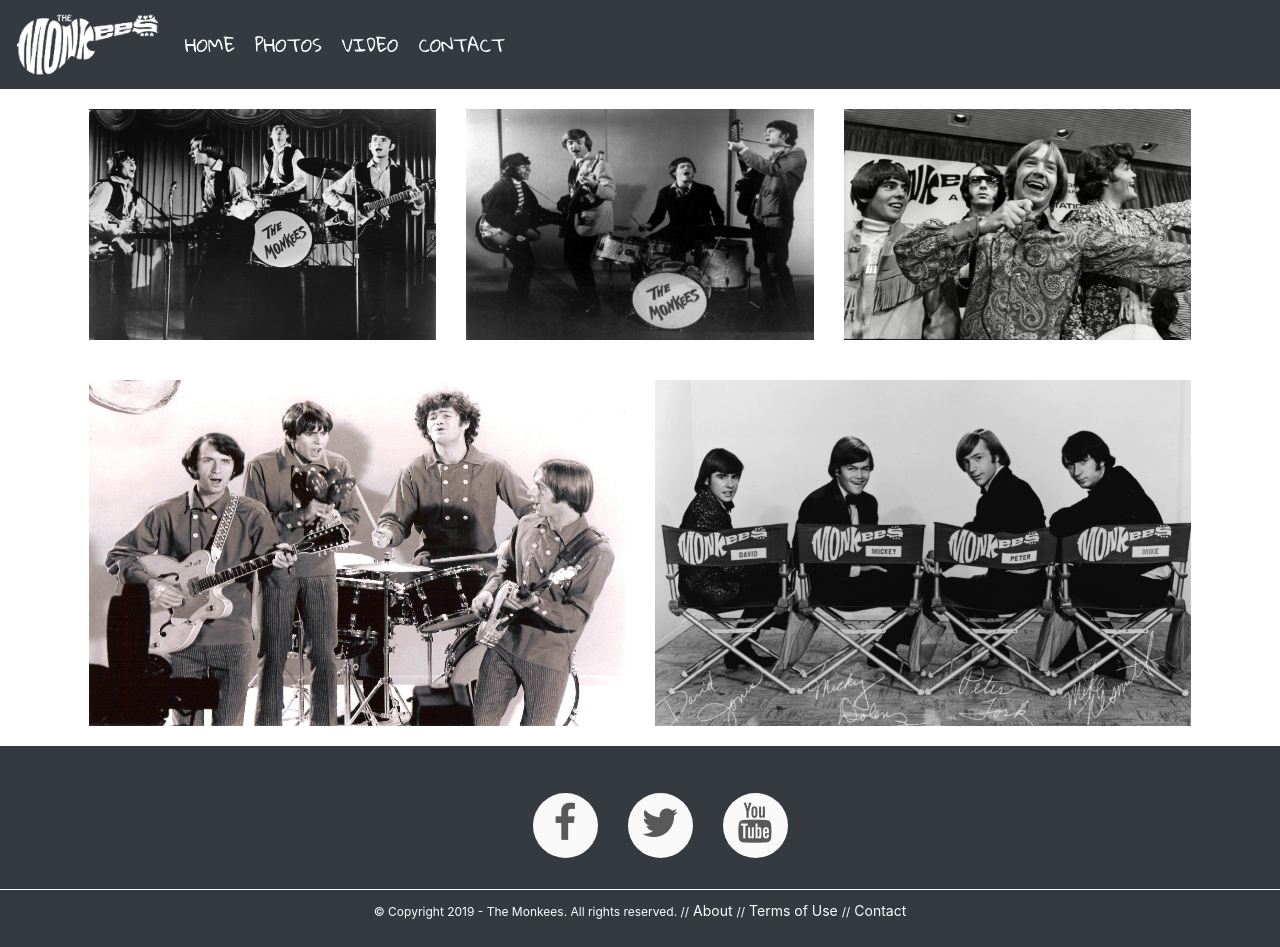
Repository: Code-Institute-Submissions/the_monkees-3
Page: photos.html
The author's editor kept a record of every edit. The page is drawn from the files as they stood at one moment, then again after the next edit.
The browser window is 1280 px wide. The pictures show the whole page.
Some web libraries are served in a nearby version.

Above is the page before.

After the next edit:
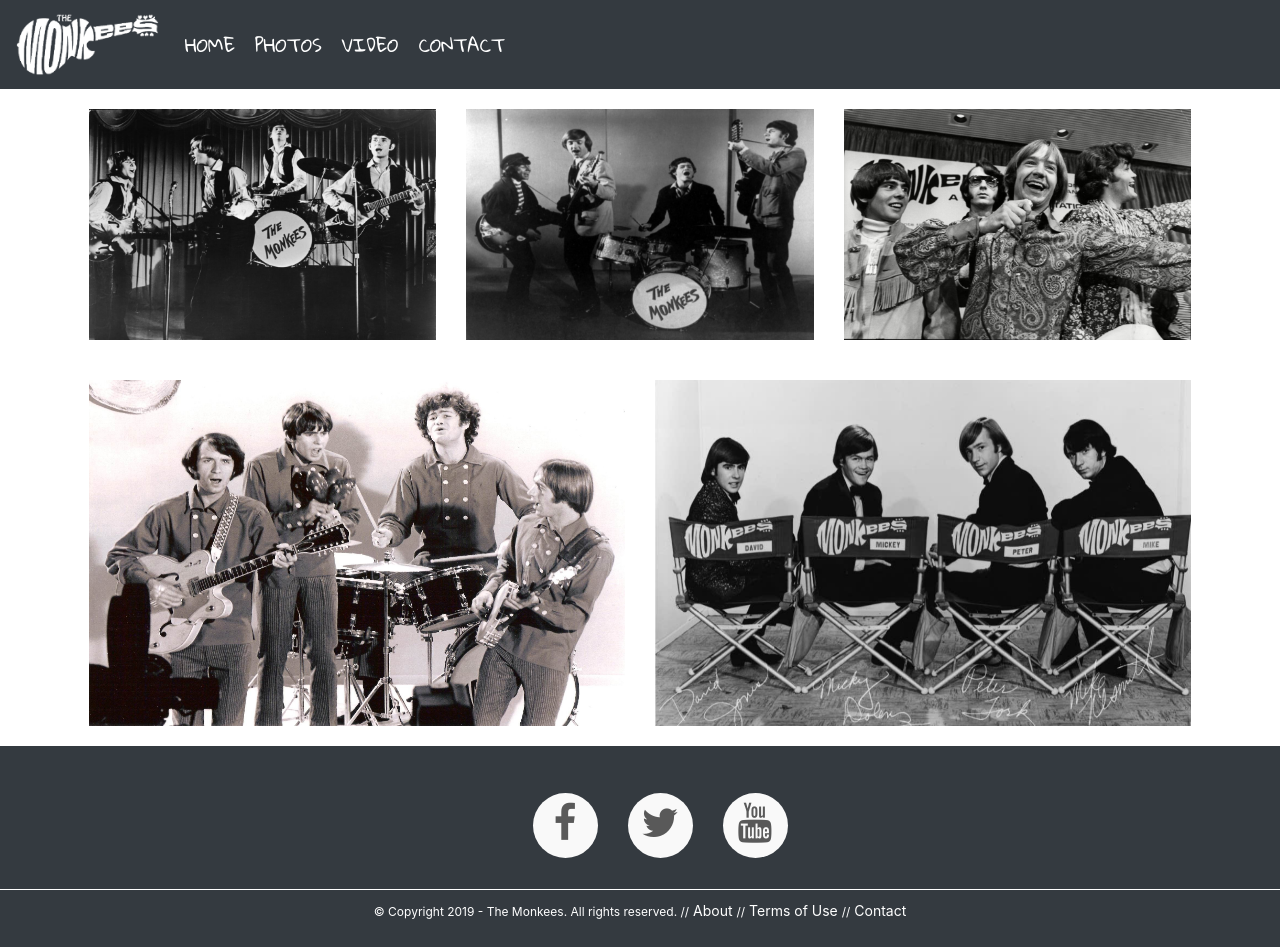
The edit:
--- a/photos.html
+++ b/photos.html
@@ -87,8 +87,8 @@
 
 			<div class="col-lg-6 col-xs-12 img-space">
 				<div class="gallery">
-					<a href="assets/image/band_gallery/5c9877-20190221-peter-tork-of-the-monkees-03.jpg?w=1260&h=750&auto=compress&cs=tinysrgb">
-					   <img class="img-responsive" src="assets/image/band_gallery/5c9877-20190221-peter-tork-of-the-monkees-03.jpg?w=1260&h=750&auto=compress&cs=tinysrgb" alt="band"/>
+					<a href="assets/image/band_gallery/58a351-20190221-peter-tork-of-the-monkees-03.jpg?w=1260&h=750&auto=compress&cs=tinysrgb">
+					   <img class="img-responsive" src="assets/image/band_gallery/58a351-20190221-peter-tork-of-the-monkees-03.jpg?w=1260&h=750&auto=compress&cs=tinysrgb" alt="band"/>
 					   <span class="overlay2">+</span>
 					</a>
 				</div>
